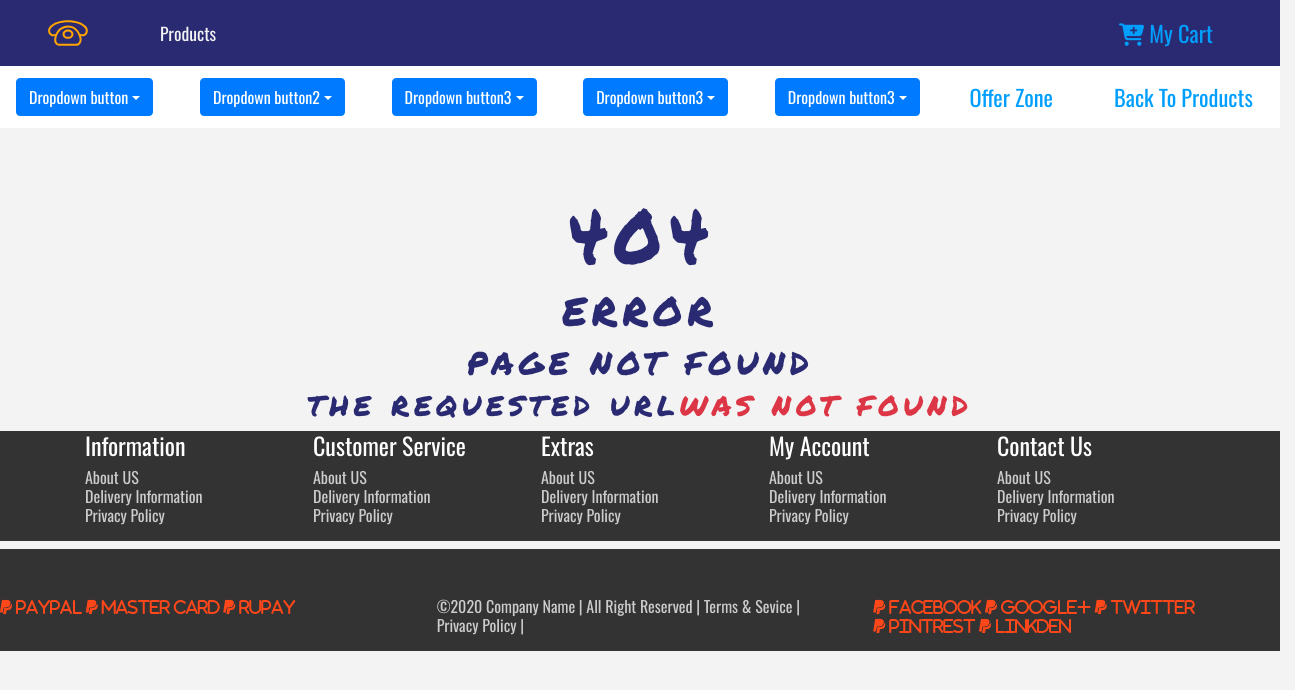
Repository: aditya1068/Online-Store
Page: /videos
These files come from the project's save history. The page is drawn as it stood at one moment and after the next save; the edit follows.
The browser window is 1280 px wide. The page is 1295 px wide, so the pictures cover 1295 px, including what lies to the right of the window. The pictures show the whole page.
Some web libraries are served in a nearby version. The project was rebuilt for these pictures with package versions that can differ from the ones it lists, and the page was loaded fresh each time. Also part of the build but not shown: src/components/Products.js, src/components/Title.js, src/components/ProductsList.js, src/components/Details.js, src/components/Cart.js, src/components/Slider.js.

Above is the page before, as saved 2020-04-14 17:59:41.

### public/index.html
<!DOCTYPE html>
<html lang="en">
  <head>
    <meta charset="utf-8" />
    <link rel="icon" href="%PUBLIC_URL%/favicon.ico" />
    <meta name="viewport" content="width=device-width, initial-scale=1" />
    <meta name="theme-color" content="#000000" />
    <meta
      name="description"
      content="Web site created using create-react-app"
    />
    <link rel="apple-touch-icon" href="%PUBLIC_URL%/logo192.png" />
    <!--
      manifest.json provides metadata used when your web app is installed on a
      user's mobile device or desktop. See https://developers.google.com/web/fundamentals/web-app-manifest/
    -->
    <link rel="manifest" href="%PUBLIC_URL%/manifest.json" />
    <!--
      Notice the use of %PUBLIC_URL% in the tags above.
      It will be replaced with the URL of the `public` folder during the build.
      Only files inside the `public` folder can be referenced from the HTML.

      Unlike "/favicon.ico" or "favicon.ico", "%PUBLIC_URL%/favicon.ico" will
      work correctly both with client-side routing and a non-root public URL.
      Learn how to configure a non-root public URL by running `npm run build`.
    -->
    <!--Google Fonts-->
    <link href="https://fonts.googleapis.com/css?family=Oswald|Permanent+Marker&display=swap" rel="stylesheet">

    <!--Font Awesome-->
    <script src="https://kit.fontawesome.com/7ff98d2d13.js" crossorigin="anonymous"></script>
    <title>Store</title>
  </head>
  <body>
    <noscript>You need to enable JavaScript to run this app.</noscript>
    <div id="root"></div>
    <!--
      This HTML file is a template.
      If you open it directly in the browser, you will see an empty page.

      You can add webfonts, meta tags, or analytics to this file.
      The build step will place the bundled scripts into the <body> tag.

      To begin the development, run `npm start` or `yarn start`.
      To create a production bundle, use `npm run build` or `yarn build`.
    -->
  </body>
</html>

### src/index.js
import React from 'react';
import ReactDOM from 'react-dom';
import './index.css';
import 'bootstrap';
//import 'bootstrap/dist/css/bootstrap.css';
//import 'bootstrap/dist/js/bootstrap.js';
import App from './App';
import { BrowserRouter as Router } from 'react-router-dom';
import {ProductProvider } from './context';
import * as serviceWorker from './serviceWorker';

ReactDOM.render(
    <ProductProvider>

    <Router>
    <App/>
    </Router>

    </ProductProvider>,



 document.getElementById('root'));

// If you want your app to work offline and load faster, you can change
// unregister() to register() below. Note this comes with some pitfalls.
// Learn more about service workers: https://bit.ly/CRA-PWA
serviceWorker.unregister();

### src/App.js
import React, { Component } from "react";
import {Route,Switch} from 'react-router-dom';
import { BrowserRouter as  Router} from 'react-router-dom';
import './App.css';
import "bootstrap/dist/css/bootstrap.min.css";
import Navbar from "./components/Navbar";
import Navbar1 from "./components/Navbar1";
import ProductsList from "./components/ProductsList";
import Details from "./components/Details";
import Cart from "./components/Cart";
import Default from "./components/Default";
import Modal from './components/Modal';
import Slider from "./components/Slider";
import Footer from "./components/Footer";
import Footer2 from "./components/Footer2";

class App extends Component {
  render() {
    return(

      <Router>
        <Navbar />

        <Navbar1 />

          <Switch>
            <Route path ="/" exact component ={
              () => (<ProductsList></ProductsList>)
            } />

            <Route path ="/details" exact component ={
              () => (<Details></Details>)
             } />

            <Route path ="/cart" exact component ={
              () => (<Cart></Cart>)
            } />

              <Route  component ={
              () => (<Default></Default>)
            } />

              </Switch>

            <Modal />
            <Footer /> <Footer2 />

  </Router>

    );
  }
}

export default App;

### src/context.js
import React, { Component } from 'react';
import { storeProducts, detailProduct } from './data';

const ProductContext = React.createContext();
// Provider
// Consumer

class ProductProvider extends Component {
   state = {
     products: [],
     detailProduct: detailProduct,
     cart: [],
     modalOpen: false,
     modalProduct: detailProduct,
     cartSubTotal: 0,
     cartTax: 0,
     CartTotal: 0,
   };

   componentDidMount() {
     this.setProducts();
   }

   setProducts = () => {
     let tempProducts = [];
     storeProducts.forEach(item => {
       const singleItem = { ...item };
       tempProducts = [...tempProducts, singleItem];
     });
     this.setState(() => {
       return { products: tempProducts };
     });
   };

    getItem = (id) => {
      const product = this.state.products.find(item => item.id === id);
      return product;
    };

   handleDetail =(id) => {
     const product = this.getItem(id);
     this.setState(() => {
       return { detailProduct:product };
     });
   };

 addToCart =(id) => {
   let tempProducts = [...this.state.products];
   const index = tempProducts.indexOf(this.getItem(id));
   const product = tempProducts[index];
   product.inCart = true;
   product.count = 1;
   const  price  = product.price;
   product.total = price;
   this.setState(() => {
     return { products: tempProducts, cart: [...this.state.cart, product] };
   },
   () => {
     this.addTotals();
   });
 };

    openModal = id => {
      const product = this.getItem(id);
      this.setState(() => {
        return { modalProduct: product, modalOpen: true };
      });
    }

closeModal = () => {
  this.setState(() => {
    return { modalOpen: false };
  });
};

increment = (id) => {
  let tempCart = [...this.state.cart];
  const selectedProduct = tempCart.find(item=>item.id === id);

  const index = tempCart.indexOf(selectedProduct);
  const product = tempCart[index];

  product.count += 1;
  product.total = product.count * product.price;

  this.setState(() => {
    return { cart: [...tempCart] };
  },
  () => {
    this.addTotals();
  });
}

decrement = (id) => {
  let tempCart = [...this.state.cart];
  const selectedProduct = tempCart.find(item => item.id === id);

  const index = tempCart.indexOf(selectedProduct);
  const product = tempCart[index];
  product.count = product.count - 1;
  if (product.count === 0) {
    this.removeItem(id);
  } else {
    product.total = product.count * product.price;
    this.setState(() => {
      return { cart: [...tempCart] };
    },
    () => { this.addTotals(); });
  }
};

removeItem = (id) => {
  const tempProducts = [...this.state.products];
  let tempCart = [...this.state.cart];

  tempCart = tempCart.filter(item => item.id !== id);
  const index = tempProducts.indexOf(this.getItem(id));
  const removedProduct = tempProducts[index];
  removedProduct.inCart = false;
  removedProduct.Count = 0;
  removedProduct.total = 0;
  this.setState(() => {
    return {
      cart: [...tempCart],
      products: [...tempProducts],
    };
  });
}

clearCart =() => {
  this.setState(() => {
    return { cart: [] };
  }, () => {
    this.setProducts();
    this.addTotals();
  });
};

addTotals =() => {
  let subTotal = 0;
  this.state.cart.map(item => (subTotal += item.total));
  const tempTax = subTotal * .18;
  const tax = parseFloat(tempTax.toFixed(1));
  const total = subTotal + tax;
  this.setState(() => {
    return {
      cartSubTotal: subTotal,
      cartTax: tax,
      CartTotal: total,
    };
  });
};

render() {
  return (
    <ProductContext.Provider value={{
      ...this.state,
      handleDetail: this.handleDetail,
      addToCart: this.addToCart,
      openModal: this.openModal,
      closeModal: this.closeModal,
      increment: this.increment,
      decrement: this.decrement,
      removeItem: this.removeItem,
      clearCart: this.clearCart,
    }}
    >
      {this.props.children}
    </ProductContext.Provider>
  );
}
}


const ProductConsumer = ProductContext.Consumer;

export { ProductProvider, ProductConsumer };

### src/App.css
:root{
  --mainBlue: #2a2a72;
  --lightBlue: #009ffd;
  --mainWhite: #f3f3f3;
  --mainDark: #232528;
  --mainYellow: #ffa400;
}
body{
    font-family: 'Oswald', sans-serif !important;
    background: var(--mainWhite)!important;
    color: var(--mainBlue)!important ;
}
.text-title{
font-family: 'Permanent Marker', cursive;
letter-spacing: 0.3rem;
text-transform: uppercase;
}
.text-blue{
  color: var(--mainBlue);
}
.text-bright{
  color: var(--lightBlue);
}
.btn-black{
  background: transparent;
  text-transform: capitalize;
  font-size: 0.6rem !important;
  color: var(--mainDark);
  border-radius: 0 !important;
  border: 0.1rem solid var(--mainDark) !important;
}

.btn-black:hover{
  background: var(--mainDark) !important;
  color: var(--mainWhite) !important;
}

.cart-icon{
  cursor: pointer;
  font-size: 1.2rem;
  color: var(--mainYellow);
}

### src/components/Navbar.js
import React, { Component } from 'react';
import {Link} from 'react-router-dom';
import logo from "../logo.svg";
import styled from "styled-components";
import {ButtonContainer} from  './button';
export default class Navbar extends Component{
    render(){
        return(

           <NavWrapper className="navbar navbar-expand-sm navbar-dark  px-sm-5">
               { /*
                https://www.iconfinder.com/icons/1243689/call_phone_icon
                Creative Commons (Attribution 3.0 Unported);
               https://www.iconfinder.com/Makoto_msk */}
    <Link to ='/' >
     <img src={logo} alt = "store" className="navbar-brand" />
    </Link>
    <ul className= "navbar-nav align-items-center">
        <li className="nav-item ml-5">
        <Link to= "/" className= "nav-link">
            products
            </Link>
            </li>
        </ul>
        <Link to= '/Cart' className="ml-auto">

        <ButtonContainer>
            <span className ="mr-2">
                <i className="fas fa-cart-plus"></i>  my cart
                </span> </ButtonContainer>
        </Link>
            </NavWrapper>
        );
    }
}

const NavWrapper =styled.nav`
background: var(--mainBlue);
.nav-link{
    color:var(--mainWhite)!important;
    font-size: 1.1rem;
    text-transform: capitalize;
}
`;

### src/components/Navbar1.js
import React, { Component } from 'react'
import Dropdown from 'react-bootstrap/Dropdown';
import {Link} from 'react-router-dom';
import styled from "styled-components";
import DropdownButton from 'react-bootstrap/DropdownButton';
import {ButtonContainer} from './button';
export default class Navbar1 extends Component {
  render() {
    return (

      <Dropdown className="navbar navbar-dark bg-white mb-3 margin-left -38px;
      display: none">
      <DropdownButton id="dropdown-item-button" title="Dropdown button">


  </DropdownButton>

     <DropdownButton id="dropdown-item-button" title="Dropdown button2">



   </DropdownButton>

     <DropdownButton id="dropdown-item-button" title="Dropdown button3">
     <Dropdown.Item as="button">Action3</Dropdown.Item>
     <Dropdown.Item as="button">Another action2</Dropdown.Item>
     <Dropdown.Item as="button">Something else2</Dropdown.Item>
     <Dropdown.Item as="button">Action3</Dropdown.Item>
     <Dropdown.Item as="button">Another action2</Dropdown.Item>
     <Dropdown.Item as="button">Something else2</Dropdown.Item>
     <Dropdown.Item as="button">Action3</Dropdown.Item>
     <Dropdown.Item as="button">Another action2</Dropdown.Item>
     <Dropdown.Item as="button">Something else2</Dropdown.Item>

   </DropdownButton>

   <DropdownButton id="dropdown-item-button" title="Dropdown button3">
     <Dropdown.Item as="button">Action3</Dropdown.Item>
     <Dropdown.Item as="button">Another action2</Dropdown.Item>
     <Dropdown.Item as="button">Something else2</Dropdown.Item>
   </DropdownButton>

   <DropdownButton id="dropdown-item-button" title="Dropdown button3">
     <Dropdown.Item as="button">Action3</Dropdown.Item>
     <Dropdown.Item as="button">Another action2</Dropdown.Item>
     <Dropdown.Item as="button">Something else2</Dropdown.Item>
   </DropdownButton>


   <ButtonContainer to= "/" className= "nav-link"> Offer Zone </ButtonContainer>
   <Link to="/videos"> <ButtonContainer>back to products</ButtonContainer>
                                    </Link>
   </Dropdown>
    );
  }
}

### src/components/Default.js
import React, { Component } from 'react'

export default class Default extends Component {
  render() {
    console.log(this.props);
    return (
   <div className= "container">
    <div className= "row">
    <div className="col-10 mx-auto text-center text-title text-uppercase pt-5">
      <h1 className="display-3"> 404</h1>
      <h1>error</h1>
      <h2>page not found</h2>
      <h3>The requested url
        <span className="text-danger">
         was not found </span>
           </h3>
    </div>
     </div>
   </div>
    );
  }
}

### src/components/Modal.js
import React, { Component } from 'react'
import styled from 'styled-components';
import {ProductConsumer} from '../context';
import {ButtonContainer } from './button';
import {Link} from "react-router-dom";


export default class  extends Component {
    render() {
        return (
            <ProductConsumer>
                {(value) => {
                    const {modalOpen,closeModal} = value;
                    const {img,title,price} = value.modalProduct;

                    if(!modalOpen){
                        return null;
                    }

                    else{
                return (
                <ModalContainer>
    <div className="container">
    <div className="row">
      <div id="modal" className= "col-8 mx-auto col-md-6 col-lg-4 text-center text-capitalize">
    <h5>item added to the cart</h5>
    <img src={img} className="img-fluid" alt="product" />
    <h5>{title}</h5>
    <h5 className= "text-muted">price : $ {price} </h5>
    <Link to ='/'>
        <ButtonContainer onClick={()=>closeModal()}>
            continue Shopping
        </ButtonContainer>
    </Link>
    <Link to ='/cart'>
        <ButtonContainer cart onClick={()=>closeModal()}>
            go to Cart
        </ButtonContainer>
    </Link>
    </div>
    </div> </div>
                        </ModalContainer>
                        );

                }
            }}
            </ProductConsumer>
        );
    }
}

const ModalContainer = styled.div`
position:fixed;
top: 0;
left: 0;
right: 0;
bottom: 0;
background: rgba(0,0,0,0.3);
display: flex;
align-items: center;
justufy-content: center;
#modal{
    background: var(--mainWhite);
}
`;

### src/components/Footer.js
import React, { Component } from 'react';


export default class Footer extends Component {
    render() {
      return (
          <div className="main-footer"  >
             <h1 style={{backgroundColor: "#333333"}}>
              <div className= "container">
              <div className= "row">
                  {/* column1 */}
                  <div className= "col">
                  <h4 style={{color: "#ffffff"}}>Information</h4>
                      <ul className="list-unstyled" style={{color: "#cccccc"}} >
                         <h6> <li>About US </li> {"\n"}
                          <li>Delivery Information</li> {"\n"} {"\n"} {"\n"}
                          <li>Privacy Policy</li></h6>
                      </ul>
                  </div>
                  {/* column2 */}
                  <div className= "col">
                      <h4 style={{color: "#ffffff"}}>Customer Service</h4>
                      <ul className="list-unstyled" style={{color: "#cccccc"}}>
                         <h6> <li>About US</li>
                          <li>Delivery Information</li>
                          <li>Privacy Policy</li></h6>
                      </ul>
                  </div>
                  {/* column3 */}
                  <div className= "col">
                      <h4 style={{color: "#ffffff"}}>Extras</h4>
                      <ul className="list-unstyled" style={{color: "#cccccc"}}>
                         <h6> <li>About US</li>
                          <li>Delivery Information</li>
                          <li>Privacy Policy</li></h6>
                      </ul>
                  </div>
                  {/*column 4 */}
                  <div className= "col">
                      <h4 style={{color: "#ffffff"}}>My Account</h4>
                      <ul className="list-unstyled" style={{color: "#cccccc"}}>
                        <h6>  <li>About US</li>
                          <li>Delivery Information</li>
                          <li>Privacy Policy</li></h6>
                      </ul>
                  </div>
                   {/*column 5 */}
                   <div className= "col">
                      <h4 style={{color: "#ffffff"}} >Contact Us</h4>
                      <ul className="list-unstyled" style={{color: "#cccccc"}}>
                        <h6>  <li>About US</li>
                          <li>Delivery Information</li>
                          <li>Privacy Policy</li></h6>
                      </ul>
                  </div>



                  </div>
              </div></h1>
          </div>

      )
      }}

### src/components/Footer2.js
import React, { Component } from 'react';

export default class Footer2 extends Component {
    render() {
      return (
        <div className="second-footer">
            <h1 style={{backgroundColor: "#333333"}}>
              <span className= "container"></span>
              <div className= "row">
                  {/* column1 */}
                  <div className= "col" style={{color: "#ff471a"}}>
                      <ul className="list-unstyled" >
                        <h6> <i className="fab fa-paypal"> Paypal </i> {""}
                          <i className="fab fa-paypal"> Master Card </i> {""}
                          <i className="fab fa-paypal"> Rupay </i> {""}</h6>
                      </ul>
                  </div>
                          {/* column2 */}
                   <div className= "col">

                      <ul className="list-unstyled" style={{color: "#cccccc"}}>
                         <h6>  &copy;{(new Date().getFullYear())} Company Name | All Right Reserved |
                           Terms & Sevice | Privacy Policy |    </h6>
                      </ul>
                  </div>

                        {/*Column 3*/}
                        <div className= "col">
                      <ul className="list-unstyled" style={{color: "#ff471a"}}>
                     <h6><i className="fab fa-paypal"> Facebook </i> {""}
                          <i className="fab fa-paypal"> Google+ </i> {""}
                          <i className="fab fa-paypal"> Twitter </i> {""}
                          <i className="fab fa-paypal"> Pintrest </i> {""}
                          <i className="fab fa-paypal"> Linkden </i> {""}</h6>

                      </ul>
                  </div>

                  </div></h1>
                 </div>



      )
    }
}

### src/components/button.js
import styled from "styled-components"



export const ButtonContainer = styled.button`
text-transform:capitalize;
font-size:1.4rem;
background: transparent;
border: 0.05 rem solid var(--lightBlue);
color: var(--lightBlue);
border-color: ${props => (props.cart? "var(--mainYellow)": "var--(lightBlue)")};
color ${prop => prop.cart ? "var(--mainYellow)": "var--(lightBlue)"};
border-radius: 0.5rem;
padding:0.2rem;
cursor:pointer;
margin:0.2rem 0.5rem 0.2rem 0;
transition:all 0.5s ease-in-out;
&:hover: {
    background:${prop => prop.cart ? "var(--mainYellow)": "var--(lightBlue)"};
    color:var(--mainBlue);
}
&:focus{
    outLine: none;
}
`;

### src/components/Videos.js
import React, { Component } from 'react';
import {Route,Switch} from 'react-router-dom';

export default class Videos extends Component {
    render() {
        return (
            <div>

            </div>
        )
    }
}

Loaded but not shown: src/index.css (common file); src/serviceWorker.js (common file); src/data.js (99 lines, source omitted)

After the next save:
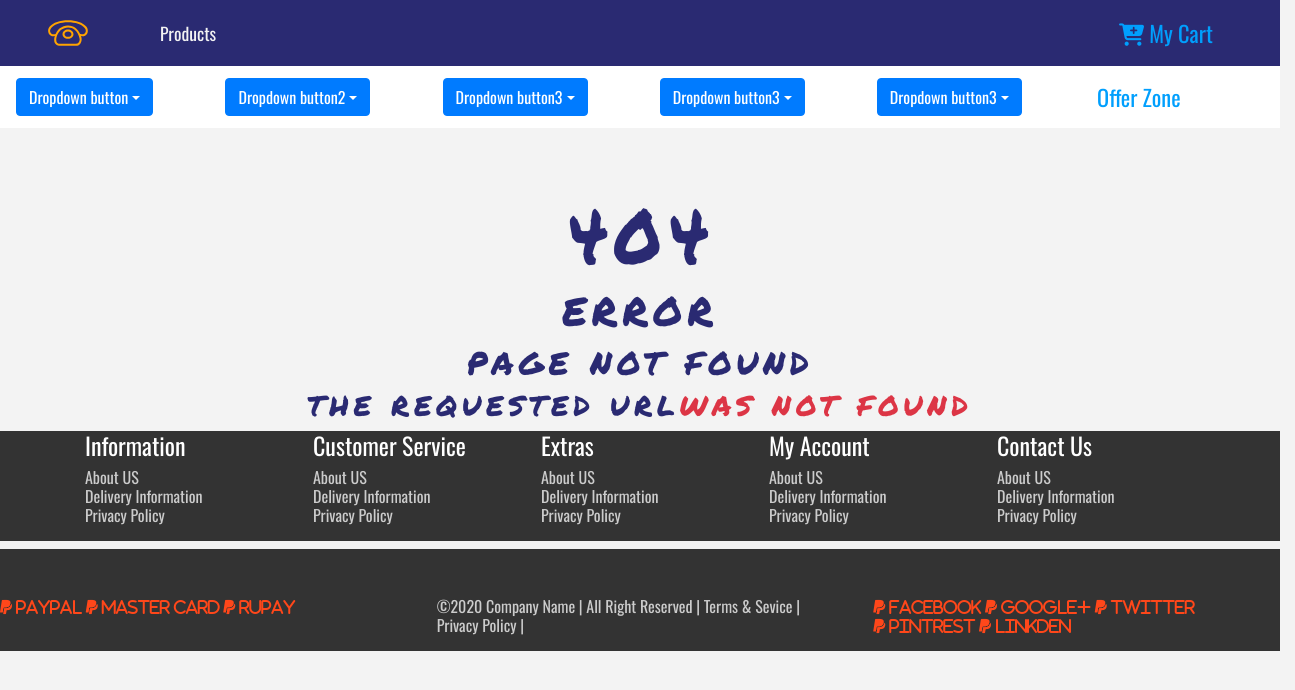
Saved 4 min 18 s later.
--- a/src/components/Navbar1.js
+++ b/src/components/Navbar1.js
@@ -4,6 +4,7 @@ import {Link} from 'react-router-dom';
 import styled from "styled-components";
 import DropdownButton from 'react-bootstrap/DropdownButton';
 import {ButtonContainer} from './button';
+import Videos from './Videos';
 export default class Navbar1 extends Component {
   render() {
     return (
@@ -48,7 +49,7 @@ export default class Navbar1 extends Component {
 
 
    <ButtonContainer to= "/" className= "nav-link"> Offer Zone </ButtonContainer>
-   <Link to="/videos"> <ButtonContainer>back to products</ButtonContainer>
+   <Link to="/videos"> <Videos>back to products</Videos>
                                     </Link>
    </Dropdown>
     );
